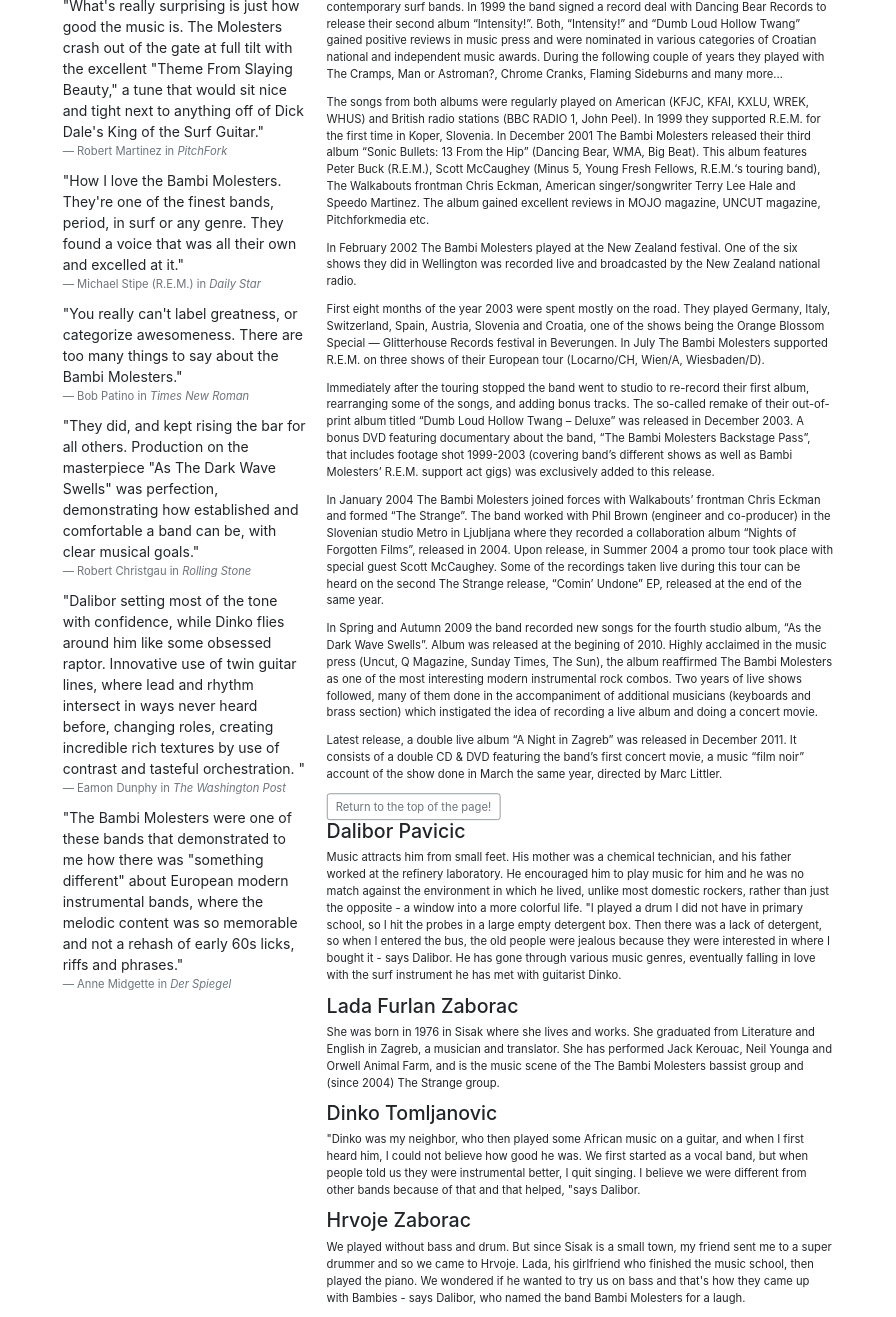
Repository: NamcorStudent/Stream_1_Project_HTML5-CSS3
Page: about.html
The author's editor kept a record of every edit. The page is drawn from the files as they stood at one moment, then again after the next edit.
The browser window is 1280 px wide. The pictures show the part of the page from y = 808 to 2728 px (the page is 2690 px tall before and 2728 px after), at 70% of full size.
Some web libraries are served in a nearby version.

Above is the page before.

### about.html
<!DOCTYPE html>
<html lang="en">

<head>
    <meta charset="UTF-8">
    <meta name="viewport" content="width=device-width, initial-scale=1.0">
    <meta http-equiv="X-UA-Compatible" content="ie=edge">
    <link rel="stylesheet" href="https://maxcdn.bootstrapcdn.com/bootstrap/4.2.1/css/bootstrap.min.css" type="text/css" />
    <link rel="stylesheet" href="https://maxcdn.bootstrapcdn.com/font-awesome/4.7.0/css/font-awesome.min.css" type="text/css" />
    <link rel="stylesheet" href="assets/css/style.css" type="text/css" />
    <title>The Bambi Molesters | Official</title>
</head>

<body>
    <!--Alert for subscription-->
    <div class="container-fluid alert-container">
        <div class="row d-none d-sm-block no-gutters">
            <div class="col-12">
                <div class="alert alert-warning">
                    <strong>NEW feature is on!</strong> Weekly update on gigs, festivals and product with prizes to collect. <a href="#" data-toggle="modal" data-target="#subscribeModal">Click here to suscribe on Newsletter</a>
                </div>
            </div>
        </div>
    </div>
    <!--Social & Nav-->
    <div class="container-fluid nav-wrapper">
        <nav class="navbar navbar-light navbar-expand-sm">
            <div class="social-links mr-auto">
                <ul class="list-inline social-links">
                    <li class="list-inline-item">
                        <a target="_blank" href="https://www.facebook.com/pages/category/Musician-Band/The-Bambi-Molesters-10150106968535328/">
                            <i class="fa fa-facebook" aria-hidden="true"></i>
                            <span class="sr-only">Facebook</span>
                        </a>
                    </li>
                    <li class="list-inline-item">
                        <a target="_blank" href="https://open.spotify.com/artist/1dRGueaS4tR1zmizinwXbx">
                            <i class="fa fa-spotify" aria-hidden="true"></i>
                            <span class="sr-only">Spotify</span>
                        </a>
                    </li>
                    <li class="list-inline-item">
                        <a target="_blank" href="https://www.youtube.com/user/bambimolesters">
                            <i class="fa fa-youtube" aria-hidden="true"></i>
                            <span class="sr-only">YouTube</span>
                        </a>
                    </li>
                    <li class="list-inline-item">
                        <a target="_blank" href="https://www.instagram.com/explore/tags/bambimolesters/">
                            <i class="fa fa-instagram" aria-hidden="true"></i>
                            <span class="sr-only">Instagram</span>
                        </a>
                    </li>
                    <li class="list-inline-item">
                        <a target="_blank" href="https://twitter.com/bambimolesters?lang=en">
                            <i class="fa fa-twitter" aria-hidden="true"></i>
                            <span class="sr-only">Twitter</span>
                        </a>
                    </li>
                    <li class="list-inline-item">
                        <a target="_blank" href="https://www.discogs.com/artist/342698-The-Bambi-Molesters">
                            <button class="btn btn-dark" aria-hidden="true">Shop</button>
                            <span class="sr-only">Shop</span>
                        </a>
                    </li>
                </ul>
            </div>
            <!-- Collaps Nav-Same container as nav-->

            <button class="navbar-toggler" type="button" data-toggle="collapse" data-target="#navbarTogglerDropdown" aria-controls="navbarTogglerDemo02" aria-expanded="false" aria-label="Toggle navigation">
            <span class="navbar-toggler-icon"></span>
            </button>
            <div class="collapse navbar-collapse" id="navbarTogglerDropdown">
                <ul class="navbar-nav ml-auto">
                    <li class="nav-item mr-2"><a class="nav-link" href="index.html">Home</a></li>
                    <li class="active nav-item mr-2"><a class="nav-link" href="about.html">About</a></li>
                    <li class="nav-item dropdown mr-2">
                        <a class="nav-link dropdown-toggle" href="#" id="navbarDropdownMenuLink" role="button" data-toggle="dropdown" aria-haspopup="true" aria-expanded="false">
                          Media
                        </a>
                        <div class="dropdown-menu" aria-labelledby="navbarDropdownMenuLink">
                            <a class="dropdown-item" href="video.html">Video</a>
                            <a class="dropdown-item" href="music.html">Music</a>
                            <a class="dropdown-item" href="gallery.html">Gallery</a>
                        </div>
                    </li>
                    <li class="nav-item mr-2"><a class="nav-link" href="gigs.html">Gigs</a></li>
                    <li class="nav-item mr-2"><a class="nav-link" href="contact.html">Contact</a></li>
                    <li class="nav-item mr-2 d-block d-sm-none"><a class="nav-link btn btn-success" href="#" data-toggle="modal" data-target="#subscribeModal">Click to suscribe on Newsletter!!!</a></li>
                </ul>
            </div>
        </nav>
    </div>
    <!-- Callout & BG Image-->
    <div class="container-fluid callout-container">
        <div class="row">
            <div class="col-3 page-title">
                <h1><span>About</span></h1>
            </div>
            <div class="col-12 hero-image">
                <div class="row ">
                    <div class="col">
                        <div class="jumbotron text-center">
                            <h6 class="d-block d-sm-none">Special occasion comming up?</h6>
                            <p class="lead d-none d-sm-block">Get world's best surf band to make the groove..</p>
                            <p><button class="btn btn-lg btn-success btn-cta" data-toggle="modal" data-target="#signUpModal">Hire us!</button></p>
                        </div>
                    </div>
                </div>
                <a href="index.html"><img src="assets/images/about1024x814.jpg"></img></a>
            </div>
        </div>
    </div>


    <!--Content unique to the page-->
    <div class="conteiner-fluid page-content-container">
        <div class="row">
            <div class="col-sm-4">
                <div class="list-group band-memebers">
                    <a href="#written-biography" class="list-group-item list-group-item-action"><i class="fas fa-file-audio"></i>
                           Band's Biography</a>
                    <a href="#dalibor" class="list-group-item list-group-item-action"><i class="fas fa-guitar"></i>
                           Dalibor Pavicic</a>
                    <a href="#lada" class="list-group-item list-group-item-action">
                           <i class="fas fa-cat"></i>
                           Lada Furlan Zaborac</a>
                    <a href="#dinko" class="list-group-item list-group-item-action"><i class="fas fa-guitar"></i>
                           Dinko Tomljanovic</a>
                    <a href="#hrvoje" class="list-group-item list-group-item-action"><i class="fas fa-drum"></i>
                           Hrvoje Zaborac</a>
                </div>
                <div class="row quotes">
                    <div class="col">
                        <blockquote class="blockquote">
                            <p class="mb-0">"What's really surprising is just how good the music is. The Molesters crash out of the gate at full tilt with the excellent "Theme From Slaying Beauty," a tune that would sit nice and tight next to anything off of Dick Dale's
                                King of the Surf Guitar."</p>
                            <footer class="blockquote-footer">Robert Martinez in <cite title="Source Title">PitchFork</cite></footer>
                        </blockquote>
                        <blockquote class="blockquote">
                            <p class="mb-0">"How I love the Bambi Molesters. They're one of the finest bands, period, in surf or any genre. They found a voice that was all their own and excelled at it."</p>
                            <footer class="blockquote-footer">Michael Stipe (R.E.M.) in <cite title="Source Title">Daily Star</cite></footer>
                        </blockquote>
                        <blockquote class="blockquote">
                            <p class="mb-0">"You really can't label greatness, or categorize awesomeness. There are too many things to say about the Bambi Molesters."</p>
                            <footer class="blockquote-footer">Bob Patino in <cite title="Source Title">Times New Roman</cite></footer>
                        </blockquote>
                        <blockquote class="blockquote">
                            <p class="mb-0">"They did, and kept rising the bar for all others. Production on the masterpiece "As The Dark Wave Swells" was perfection, demonstrating how established and comfortable a band can be, with clear musical goals."</p>
                            <footer class="blockquote-footer">Robert Christgau in <cite title="Source Title">Rolling Stone</cite></footer>
                        </blockquote>
                        <blockquote class="blockquote">
                            <p class="mb-0">"Dalibor setting most of the tone with confidence, while Dinko flies around him like some obsessed raptor. Innovative use of twin guitar lines, where lead and rhythm intersect in ways never heard before, changing roles, creating
                                incredible rich textures by use of contrast and tasteful orchestration. "</p>
                            <footer class="blockquote-footer">Eamon Dunphy in <cite title="Source Title">The Washington Post</cite></footer>
                        </blockquote>
                        <blockquote class="blockquote">
                            <p class="mb-0">"The Bambi Molesters were one of these bands that demonstrated to me how there was "something different" about European modern instrumental bands, where the melodic content was so memorable and not a rehash of early 60s licks,
                                riffs and phrases."</p>
                            <footer class="blockquote-footer">Anne Midgette in <cite title="Source Title">Der Spiegel</cite></footer>
                        </blockquote>

                    </div>
                </div>
            </div>
            <div class="col-sm-8 band-bio-container">
                <h3 id="written-biography">Band Biography</h3>
                <p>Formed in 1995 under the influence of sixties garage and surf classics, Croatia based instrumental combo THE BAMBI MOLESTERS won sympathies of rock critics and underground rock audience with their first album “Dumb Loud Hollow Twang”,
                    released in 1997 by “Dirty Old Town”, a small independent label. The whole album, all 15 original songs were recorded during one unbelievable, only three hours long session. Produced by the legendary Californian surf DJ, Phil Dirt,
                    the album soon went out of print.</p>
                <p>Since then the band has regularly been playing all over Europe and their fiery and energetic live performances helped to build their reputation as one of the finest and most original contemporary surf bands. In 1999 the band signed a record
                    deal with Dancing Bear Records to release their second album “Intensity!”. Both, “Intensity!” and “Dumb Loud Hollow Twang” gained positive reviews in music press and were nominated in various categories of Croatian national and independent
                    music awards. During the following couple of years they played with The Cramps, Man or Astroman?, Chrome Cranks, Flaming Sideburns and many more…</p>
                <p>The songs from both albums were regularly played on American (KFJC, KFAI, KXLU, WREK, WHUS) and British radio stations (BBC RADIO 1, John Peel). In 1999 they supported R.E.M. for the first time in Koper, Slovenia. In December 2001 The
                    Bambi Molesters released their third album “Sonic Bullets: 13 From the Hip” (Dancing Bear, WMA, Big Beat). This album features Peter Buck (R.E.M.), Scott McCaughey (Minus 5, Young Fresh Fellows, R.E.M.‘s touring band), The Walkabouts
                    frontman Chris Eckman, American singer/songwriter Terry Lee Hale and Speedo Martinez. The album gained excellent reviews in MOJO magazine, UNCUT magazine, Pitchforkmedia etc.</p>
                <p>In February 2002 The Bambi Molesters played at the New Zealand festival. One of the six shows they did in Wellington was recorded live and broadcasted by the New Zealand national radio.</p>
                <p>First eight months of the year 2003 were spent mostly on the road. They played Germany, Italy, Switzerland, Spain, Austria, Slovenia and Croatia, one of the shows being the Orange Blossom Special — Glitterhouse Records festival in Beverungen.
                    In July The Bambi Molesters supported R.E.M. on three shows of their European tour (Locarno/CH, Wien/A, Wiesbaden/D).</p>
                <p>Immediately after the touring stopped the band went to studio to re-record their first album, rearranging some of the songs, and adding bonus tracks. The so-called remake of their out-of-print album titled “Dumb Loud Hollow Twang – Deluxe”
                    was released in December 2003. A bonus DVD featuring documentary about the band, “The Bambi Molesters Backstage Pass”, that includes footage shot 1999-2003 (covering band’s different shows as well as Bambi Molesters’ R.E.M. support
                    act gigs) was exclusively added to this release.</p>
                <p>In January 2004 The Bambi Molesters joined forces with Walkabouts’ frontman Chris Eckman and formed “The Strange”. The band worked with Phil Brown (engineer and co-producer) in the Slovenian studio Metro in Ljubljana where they recorded
                    a collaboration album “Nights of Forgotten Films”, released in 2004. Upon release, in Summer 2004 a promo tour took place with special guest Scott McCaughey. Some of the recordings taken live during this tour can be heard on the second
                    The Strange release, “Comin’ Undone” EP, released at the end of the same year.</p>
                <p>In Spring and Autumn 2009 the band recorded new songs for the fourth studio album, “As the Dark Wave Swells”. Album was released at the begining of 2010. Highly acclaimed in the music press (Uncut, Q Magazine, Sunday Times, The Sun), the
                    album reaffirmed The Bambi Molesters as one of the most interesting modern instrumental rock combos. Two years of live shows followed, many of them done in the accompaniment of additional musicians (keyboards and brass section) which
                    instigated the idea of recording a live album and doing a concert movie.</p>
                <p>Latest release, a double live album “A Night in Zagreb” was released in December 2011. It consists of a double CD & DVD featuring the band’s first concert movie, a music “film noir” account of the show done in March the same year, directed
                    by Marc Littler.</p>
                <a href="about.html"><button type="button" class="btn btn-outline-secondary">Return to the top of the page!</button></a>
                <h3 id="dalibor">Dalibor Pavicic</h3>
                <p>Music attracts him from small feet. His mother was a chemical technician, and his father worked at the refinery laboratory. He encouraged him to play music for him and he was no match against the environment in which he lived, unlike most
                    domestic rockers, rather than just the opposite - a window into a more colorful life. "I played a drum I did not have in primary school, so I hit the probes in a large empty detergent box. Then there was a lack of detergent, so when
                    I entered the bus, the old people were jealous because they were interested in where I bought it - says Dalibor. He has gone through various music genres, eventually falling in love with the surf instrument he has met with guitarist
                    Dinko.
                </p>
                <h3 id="lada">Lada Furlan Zaborac</h3>
                <p>She was born in 1976 in Sisak where she lives and works. She graduated from Literature and English in Zagreb, a musician and translator. She has performed Jack Kerouac, Neil Younga and Orwell Animal Farm, and is the music scene of the
                    The Bambi Molesters bassist group and (since 2004) The Strange group.</p>
                <h3 id="dinko">Dinko Tomljanovic</h3>
                <p>"Dinko was my neighbor, who then played some African music on a guitar, and when I first heard him, I could not believe how good he was. We first started as a vocal band, but when people told us they were instrumental better, I quit singing.
                    I believe we were different from other bands because of that and that helped, "says Dalibor.</p>
                <h3 id="hrvoje">Hrvoje Zaborac</h3>
                <p>We played without bass and drum. But since Sisak is a small town, my friend sent me to a super drummer and so we came to Hrvoje. Lada, his girlfriend who finished the music school, then played the piano. We wondered if he wanted to try
                    us on bass and that's how they came up with Bambies - says Dalibor, who named the band Bambi Molesters for a laugh.</p>
            </div>
        </div>
    </div>

    <!---Modal for subscription-->
    <div class="modal" tabindex="-1" role="dialog" id="subscribeModal">
        <div class="modal-dialog" role="document">
            <div class="modal-content">
                <div class="modal-header">
                    <h5 class="modal-title">Subscribe to New TBM Newsletter!</h5>
                    <button type="button" class="close" data-dismiss="modal" aria-label="Close">
          <span aria-hidden="true">&times;</span>
        </button>
                </div>
                <div class="modal-body">
                    <p>Updates on gigs, prizes and uniquie band products;)</p>
                    <hr>
                    <form>
                        <div class="form-group">
                            <label for="InputEmail">Email address</label>
                            <input type="email" class="form-control" id="InputEmail" aria-describedby="emailHelp" placeholder="Enter email">
                            <small id="emailHelp" class="form-text text-muted">We'll never share your email with anyone else.</small>
                        </div>
                        <div class="form-group">
                            <label for="VerifyEmail">Verefy Email address</label>
                            <input type="email" class="form-control" id="VerifyEmail" aria-describedby="VerifyEmail" placeholder="Verify email">
                            <small id="emailHelp" class="form-text text-muted">You may un-suscribe at any moment. Details in Confiramtion Email.</small>
                        </div>
                        <button type="submit" class="btn btn-success">Subscribe</button>
                    </form>
                </div>
            </div>
        </div>
    </div>

    <script src="https://code.jquery.com/jquery-3.3.1.slim.min.js" integrity="sha384-q8i/X+965DzO0rT7abK41JStQIAqVgRVzpbzo5smXKp4YfRvH+8abtTE1Pi6jizo" crossorigin="anonymous"></script>
    <script src="https://cdnjs.cloudflare.com/ajax/libs/popper.js/1.14.7/umd/popper.min.js" integrity="sha384-UO2eT0CpHqdSJQ6hJty5KVphtPhzWj9WO1clHTMGa3JDZwrnQq4sF86dIHNDz0W1" crossorigin="anonymous"></script>
    <script src="https://stackpath.bootstrapcdn.com/bootstrap/4.3.1/js/bootstrap.min.js" integrity="sha384-JjSmVgyd0p3pXB1rRibZUAYoIIy6OrQ6VrjIEaFf/nJGzIxFDsf4x0xIM+B07jRM" crossorigin="anonymous"></script>
</body>

</html>

Loaded but not shown: assets/css/style.css (193 lines, source omitted)

After the next edit:
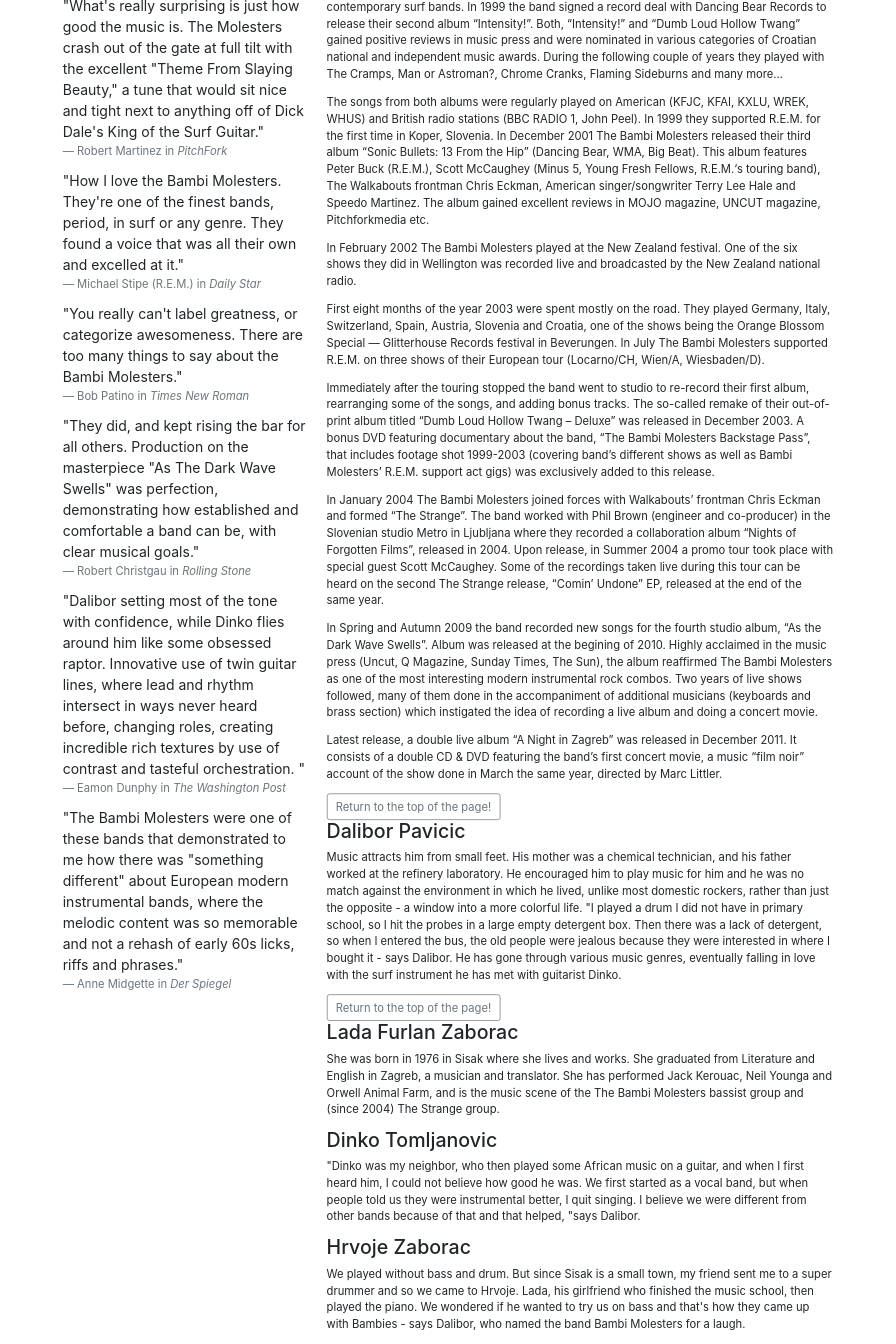
The edit:
--- a/about.html
+++ b/about.html
@@ -195,6 +195,7 @@
                     I entered the bus, the old people were jealous because they were interested in where I bought it - says Dalibor. He has gone through various music genres, eventually falling in love with the surf instrument he has met with guitarist
                     Dinko.
                 </p>
+                <a href="about.html"><button type="button" class="btn btn-outline-secondary">Return to the top of the page!</button></a>
                 <h3 id="lada">Lada Furlan Zaborac</h3>
                 <p>She was born in 1976 in Sisak where she lives and works. She graduated from Literature and English in Zagreb, a musician and translator. She has performed Jack Kerouac, Neil Younga and Orwell Animal Farm, and is the music scene of the
                     The Bambi Molesters bassist group and (since 2004) The Strange group.</p>
